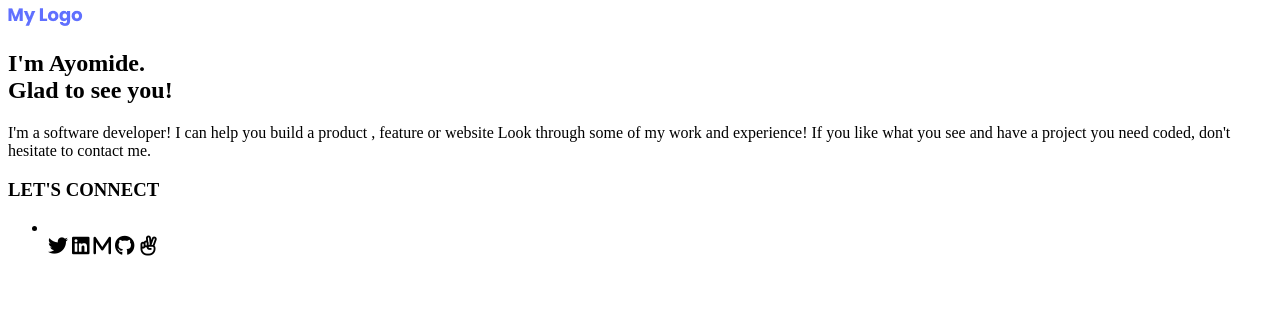
Repository: Paulinelali/microverse-personal-portfolio
Page: index.html
An editor plug-in stored every save of this project. The page is shown before and after a run of saves, followed by the edit.
The browser window is 1280 px wide. The pictures show the whole page.
Some web libraries are served in a nearby version.

Above is the page before, as saved 2023-04-28 00:53:02.

After the next 5 saves:
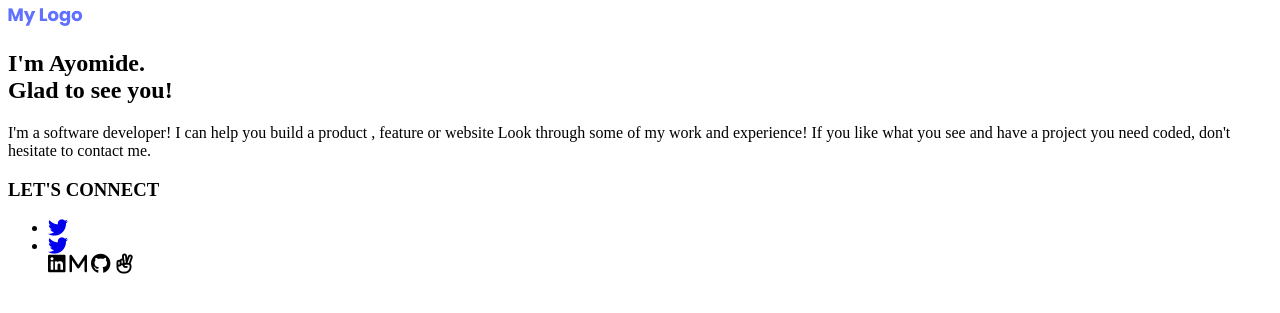
The 5 saves are shown as one change because they came seconds apart.
The last was saved 16 s later.
--- a/index.html
+++ b/index.html
@@ -36,8 +36,8 @@
                     LET'S CONNECT
                 </h3>
                 <ul class="social-icons">
-                    <li><a href="#"></a></li>
-                    <i class="fa-brands fa-twitter fa-lg"></i>
+                    <li><a href="#"><i class="fa-brands fa-twitter fa-lg"></i></a></li>
+                    <li><a href="#"><i class="fa-brands fa-twitter fa-lg"></i></a></li>
                     <i class="fa-brands fa-linkedin fa-lg"></i>
                     <i class="fa-solid fa-m fa-lg"></i>
                     <i class="fa-brands fa-github fa-lg"></i>
